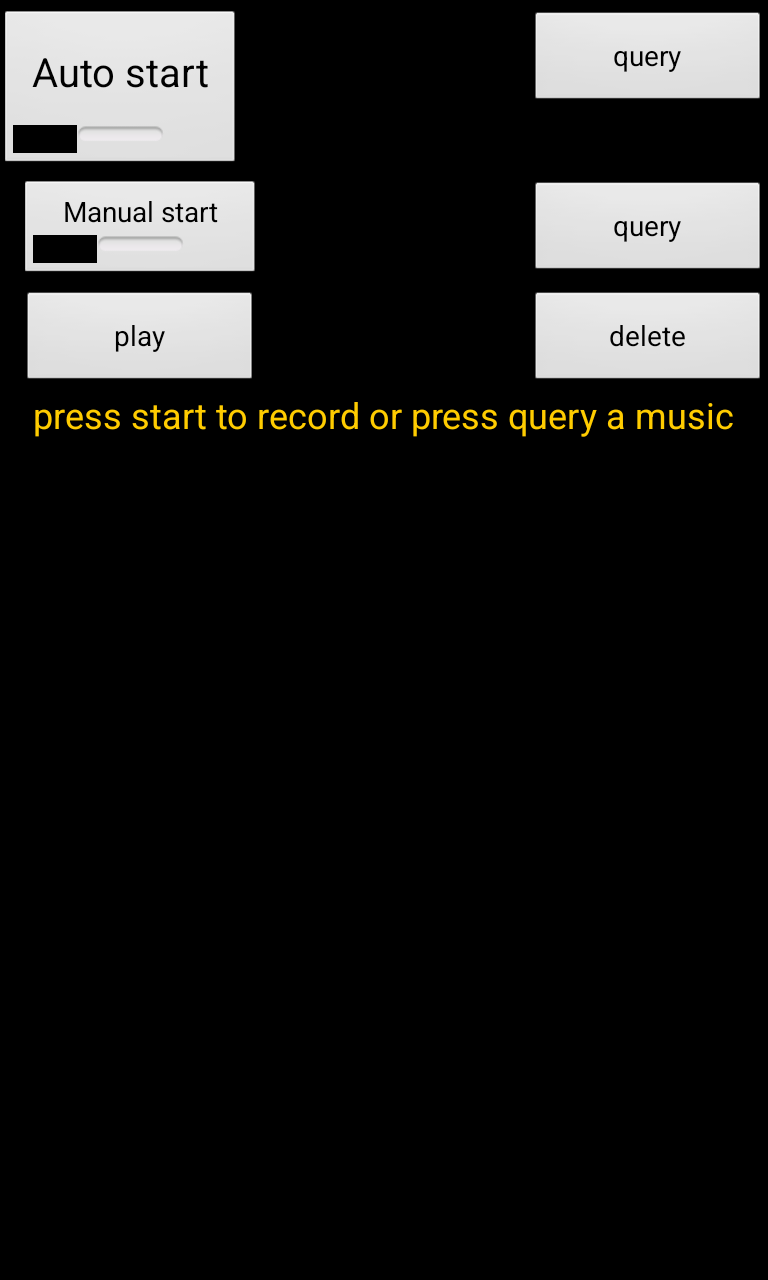
Repository: FreyrChen/tucan_Linux_practice
Layout: 4_Android_program/MusicIdentify/res/layout/activity_main.xml
These files come from the project's save history. The layout is drawn as it stood at one moment and after the next save; the edit follows.
It is drawn on a 768 x 1280 px phone screen (xhdpi) without system bars, with theme AppTheme; the app's code is not run. Lists and similar views that code fills are empty.

Above is the layout before, as saved 2013-06-13 07:06:17.

### 4_Android_program/MusicIdentify/res/layout/activity_main.xml
<RelativeLayout xmlns:android="http://schemas.android.com/apk/res/android"
    xmlns:tools="http://schemas.android.com/tools"
    android:layout_width="match_parent"
    android:layout_height="match_parent"
    android:background="#000000"
    tools:context=".MainActivity" >

    <ProgressBar
    	android:id="@+id/auto_progress"
		style="?android:attr/progressBarStyleHorizontal"
    	android:layout_width="fill_parent"
	 	android:layout_height="wrap_content"
	 	android:visibility="gone"
    />

    <ToggleButton
		android:id="@+id/auto_record_button"
		android:textOn="@string/stop"
		android:textOff="@string/auto_start"
		android:textSize="20sp"
	 	android:layout_width="120dp"
	 	android:layout_height="80dp"
	    android:layout_marginTop="5dp"
	    android:layout_alignParentLeft="true"
	    android:layout_below="@+id/auto_progress"
 	/>
    <Button
	 	android:id="@+id/test_button"
	 	android:layout_width="120dp"
	 	android:layout_height="50dp"
	 	android:text="@string/query"
	    android:layout_marginTop="5dp"
	    android:layout_marginLeft="10dp"
	    android:layout_alignParentRight="true"
	     android:layout_below="@+id/auto_progress"
 	/>

     <ToggleButton
		android:id="@+id/manual_record_button"
		android:textOn="@string/stop"
		android:textOff="@string/manual_start"
	 	android:layout_width="120dp"
	 	android:layout_height="50dp"
	    android:layout_alignParentLeft="true"
	    android:layout_marginTop="5dp"
	    android:layout_marginLeft="10dp"
	    android:layout_below="@+id/auto_record_button"
 	/>

    <Button
	 	android:id="@+id/query_button"
	 	android:layout_width="120dp"
	 	android:layout_height="50dp"
	 	android:text="@string/query"
	    android:layout_marginTop="5dp"
	    android:layout_marginLeft="10dp"
	    android:layout_alignParentRight="true"
	     android:layout_below="@+id/auto_record_button"
 	/>

    <Button
	 	android:id="@+id/play_button"
		android:text="@string/play"
	 	android:layout_width="120dp"
	 	android:layout_height="50dp"
	    android:layout_alignParentLeft="true"
	    android:layout_marginTop="5dp"
	    android:layout_marginLeft="10dp"
	    android:layout_below="@+id/manual_record_button"
 	/>


    <Button
	 	android:id="@+id/delete_button"
	 	android:layout_width="120dp"
	 	android:layout_height="50dp"
	 	android:text="@string/delete"
	    android:layout_marginTop="5dp"
	    android:layout_marginLeft="10dp"
	    android:layout_alignParentRight="true"
	    android:layout_below="@+id/query_button"
 	/>

    <TextView
        android:id="@+id/info_text"
        android:layout_width="wrap_content"
        android:layout_height="wrap_content"
        android:layout_centerHorizontal="true"
        android:textSize="18sp"
        android:text="@string/init_text"
        android:background="#00FF0000"
	    android:textColor="#FFCC00"
	    android:layout_below="@+id/delete_button"
    />

	<ListView
        android:id="@+id/music_List"
        android:layout_width="wrap_content"
        android:layout_height="wrap_content"
        android:layout_centerHorizontal="true"
        android:background="#00FF0000"
	    android:textColor="#FF0000"
	    android:layout_below="@+id/info_text"
    />



</RelativeLayout>

### 4_Android_program/MusicIdentify/res/values/strings.xml
<?xml version="1.0" encoding="utf-8"?>
<resources>

    <string name="app_name">MusicIdentify</string>
    <string name="init_text">press start to record or press query a music</string>
    <string name="menu_settings">Settings</string>
    <string name="start">start</string>
    <string name="stop">stop</string>
    <string name="play">play</string>
    <string name="query">query</string>
    <string name="delete">delete</string>
    <string name="manual_start">Manual start</string>
    <string name="auto_start">Auto start</string>


</resources>

Loaded but not shown: 4_Android_program/MusicIdentify/res/values/styles.xml (common file)

After the next save:
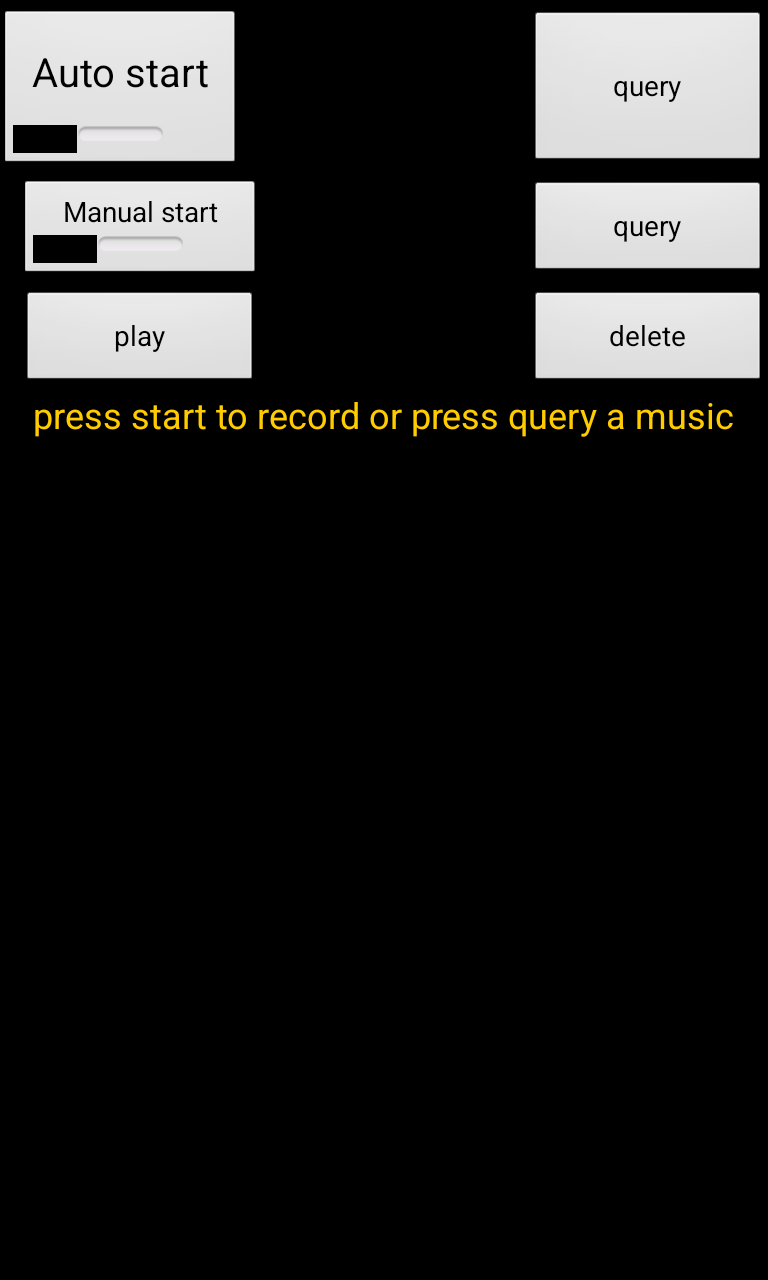
Saved 15 s later.
--- a/4_Android_program/MusicIdentify/res/layout/activity_main.xml
+++ b/4_Android_program/MusicIdentify/res/layout/activity_main.xml
@@ -27,7 +27,7 @@
     <Button
 	 	android:id="@+id/test_button"
 	 	android:layout_width="120dp"
-	 	android:layout_height="50dp"
+	 	android:layout_height="80dp"
 	 	android:text="@string/query"
 	    android:layout_marginTop="5dp"
 	    android:layout_marginLeft="10dp"
